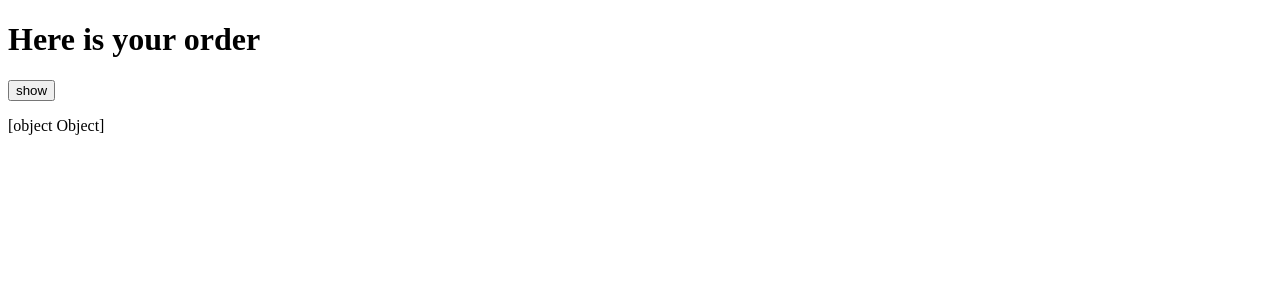
Repository: boschierob/order-app
Page: read.html
An editor plug-in stored every save of this project. The page is shown before and after the next save, followed by the edit.
The browser window is 1280 px wide. The pictures show the whole page.

Above is the page before, as saved 2023-01-01 18:27:51.

### read.html
<!DOCTYPE html>
<html lang="en">
<head>
    <meta charset="UTF-8">
    <meta http-equiv="X-UA-Compatible" content="IE=edge">
    <meta name="viewport" content="width=device-width, initial-scale=1.0">
    <title>view your order</title>
    <style>

    </style>
</head>
<body>
    <div>
        <h1>Here is your order</h1>
        <div>
            <button onclick="showData()">show</button>
            <p id="data"></p>
        </div>

    </div>

    <script type="text/javascript">
        let data = {"data":"will show"}
        const dataCanva = document.getElementById("data")
        dataCanva.innerText = data;

        function showData() {
            fetch('/show')
                .then(response => {
                    console.log(data)
                })
                .then(data => console.log(data))
                .catch(error => console.error(error))
        }
    </script>
</body>
</html>

After the next save:
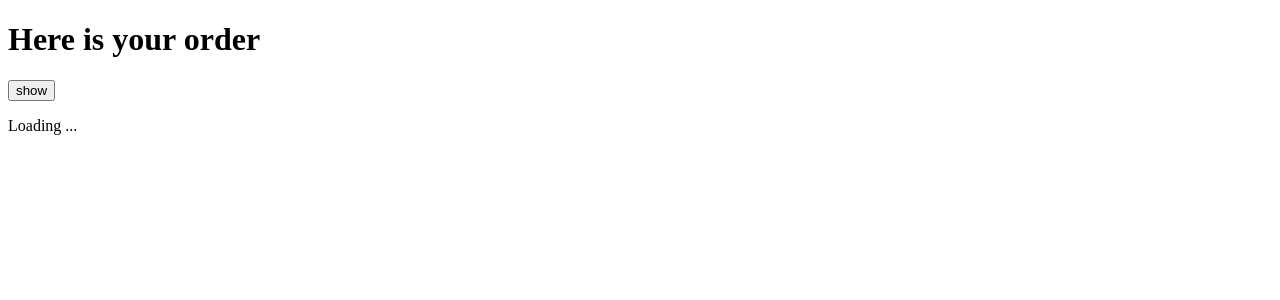
Console error: SyntaxError: Unexpected end of input
Saved 3 min 49 s later.
--- a/read.html
+++ b/read.html
@@ -14,24 +14,19 @@
         <h1>Here is your order</h1>
         <div>
             <button onclick="showData()">show</button>
-            <p id="data"></p>
+            <p id="data"> Loading ...</p>
         </div>
 
     </div>
 
     <script type="text/javascript">
-        let data = {"data":"will show"}
-        const dataCanva = document.getElementById("data")
-        dataCanva.innerText = data;
 
-        function showData() {
             fetch('/show')
-                .then(response => {
-                    console.log(data)
-                })
-                .then(data => console.log(data))
-                .catch(error => console.error(error))
-        }
+            .then(response => response.json())
+            .then(data => {
+            const div = document.getElementById('data')
+            div.innerHTML = JSON.stringify(data)
+
     </script>
 </body>
 </html>
